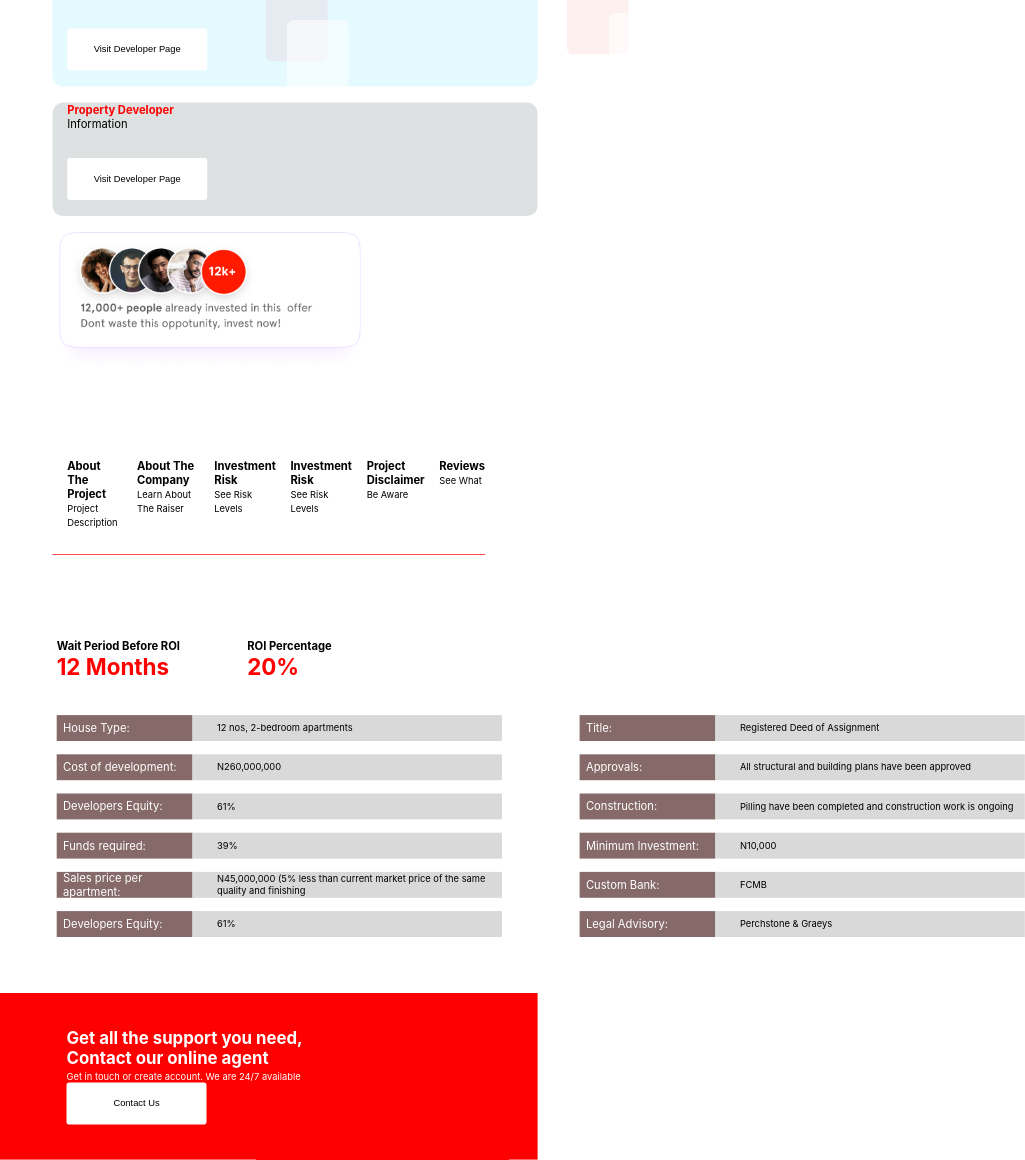
Repository: uh-sman/Popcrowdy
Page: /
The author's editor kept a copy of each file at every save. The page is drawn from the files as they stood at one save, then again after the next save.
The browser window is 768 px wide. The page is 1464 px wide, so the pictures cover 1464 px, including what lies to the right of the window. The pictures show the part of the page from y = 981 to 2661 px (the page is 2638 px tall before and 2661 px after), at 70% of full size.
The project was rebuilt for these pictures with package versions that can differ from the ones it lists, and the page was loaded fresh each time. Also part of the build but not shown: src/components/Section/carousel.css, src/components/Section/Carousel.js.

Above is the page before, as saved 2022-11-15 08:46:22.

After the next save:
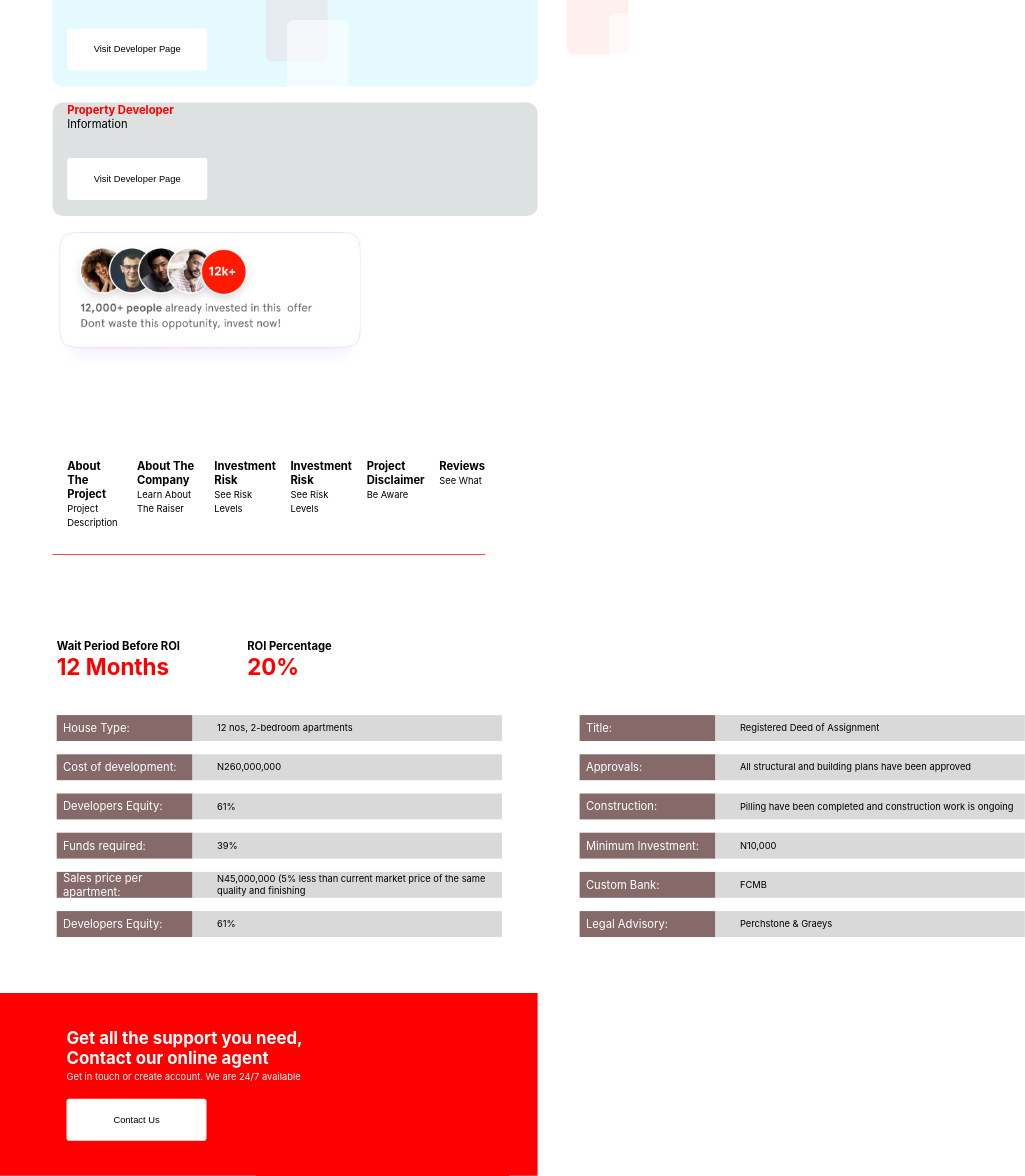
Saved 7 s later.
--- a/src/components/Footer/support.css
+++ b/src/components/Footer/support.css
@@ -29,6 +29,6 @@
   .shift {
     /* flex-direction: column; */
     flex-direction: column;
-    gap: 0px;
+    gap: 23px;
   }
 }
